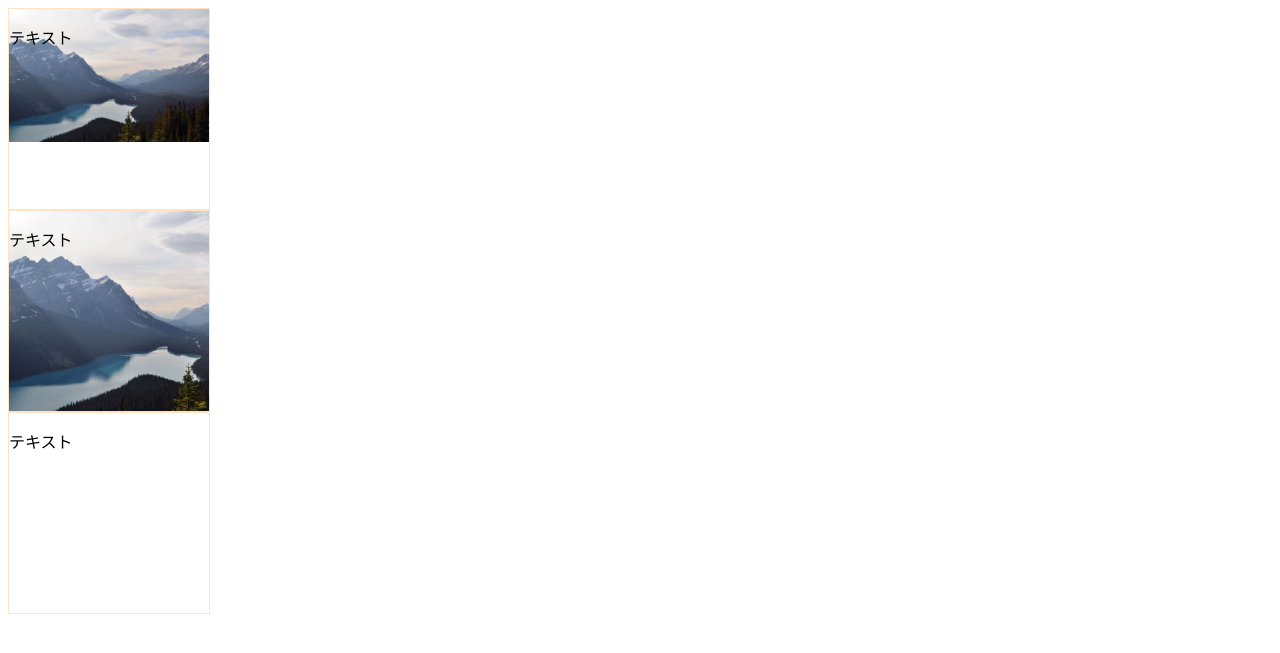
Repository: Jutta197/frontend726
Page: css_ex/bg_image/index.html
An editor plug-in stored every save of this project. The page is shown before and after the next save, followed by the edit.
The browser window is 1280 px wide. The pictures show the whole page.

Above is the page before, as saved 2023-07-28 14:15:17.

After the next save:
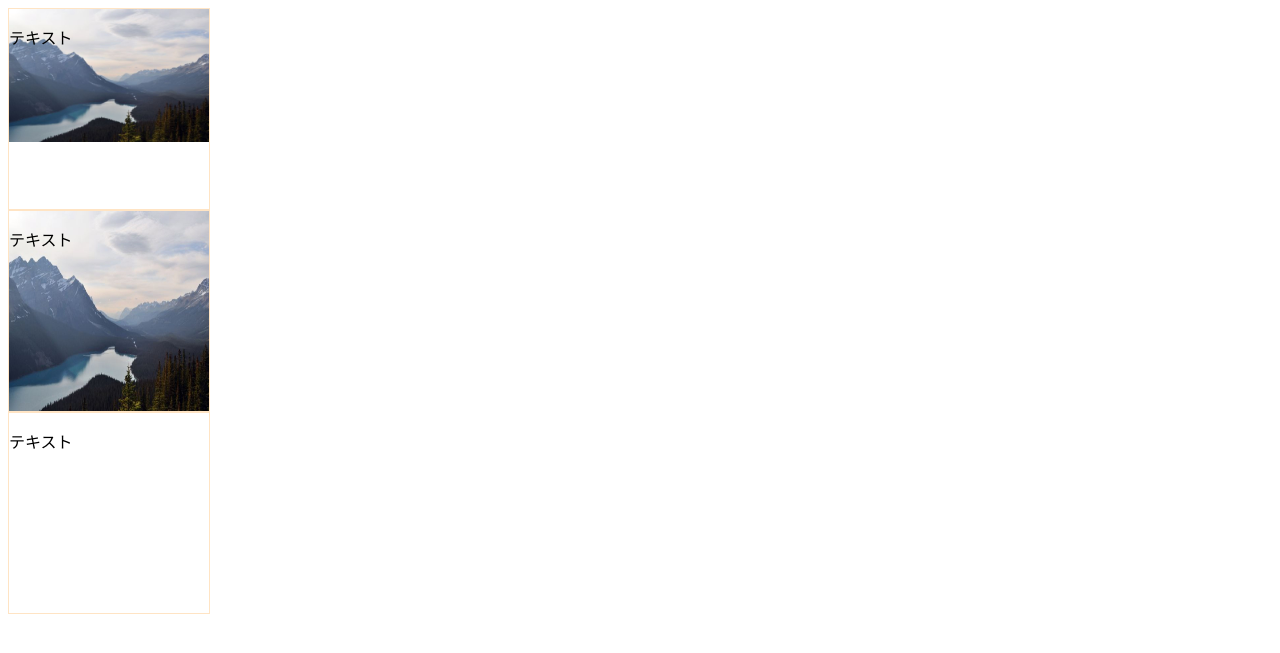
Saved 53 s later.
--- a/css_ex/bg_image/style.css
+++ b/css_ex/bg_image/style.css
@@ -12,6 +12,6 @@ div {
 
 #b {
     background-image: url(mountains.jpg);
-    background-size: cover;
-    background-repeat: no-repeat;
+    background-size: 100% 100%;
+
 }
